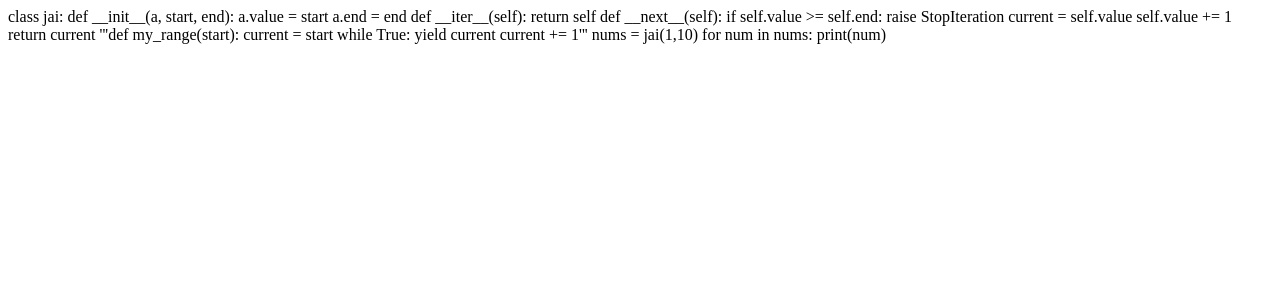
Repository: JAYAPRAKASH7541/jai7541
Page: python_sample_package/simple.html
The author's editor kept a record of every edit. The page is drawn from the files as they stood at one moment, then again after the next edit.
The browser window is 1280 px wide. The pictures show the whole page.

Above is the page before.

### python_sample_package/simple.html

class jai:

    def __init__(a, start, end):
        a.value = start
        a.end = end

    def __iter__(self):
        return self

    def __next__(self):
        if self.value >= self.end:
            raise StopIteration
        current = self.value
        self.value += 1
        return current


'''def my_range(start):
    current = start
    while True:
        yield current
        current += 1'''


nums = jai(1,10)

for num in nums:
    print(num)

After the next edit:
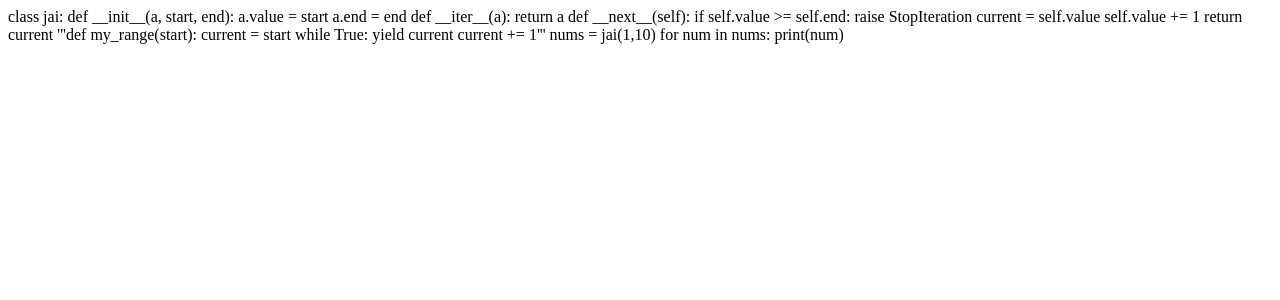
The edit:
--- a/python_sample_package/simple.html
+++ b/python_sample_package/simple.html
@@ -5,8 +5,8 @@
         a.value = start
         a.end = end
 
-    def __iter__(self):
-        return self
+    def __iter__(a):
+        return a
 
     def __next__(self):
         if self.value >= self.end:
